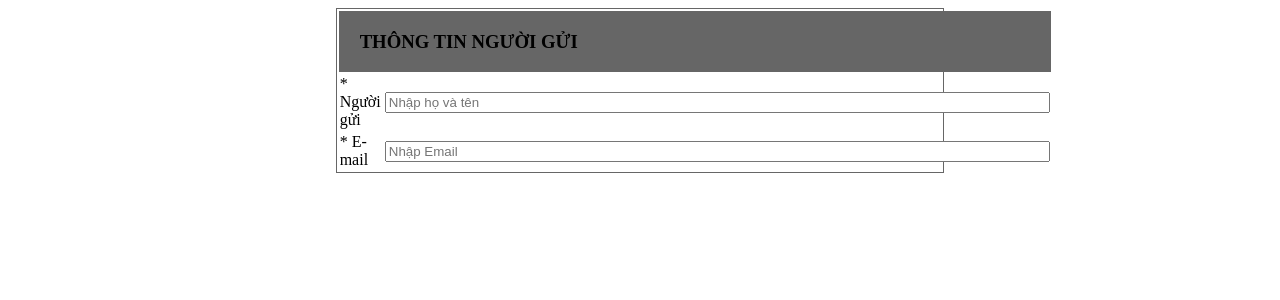
Repository: Tan-Khang21/TH_TKW--Buoi_04
Page: Bai_Tap_Mau/Bai_01/Bai_01.html
An editor plug-in stored every save of this project. The page is shown before and after the next save, followed by the edit.
The browser window is 1280 px wide. The pictures show the whole page.

Above is the page before, as saved 2024-03-05 20:09:53.

### Bai_Tap_Mau/Bai_01/Bai_01.html
<!DOCTYPE html>
<html lang="en">
  <head>
    <meta charset="UTF-8" />
    <meta name="viewport" content="width=device-width, initial-scale=1.0" />
    <title>Document</title>
  </head>
  <body>
    <form style="border: 1px solid #666; width: 48%; margin: 0 auto">
      <table style="margin: 0 auto; width: 100%">
        <tr bgcolor="#666">
          <td colspan="2">
            <h3 style="margin-left: 20px; ">THÔNG TIN NGƯỜI GỬI</h3>
          </td>
        </tr>
        <tr>
          <td>* Người gửi</td>
          <td align="right">
            <input type="text" placeholder="Nhập họ và tên" size="80" />
          </td>
        </tr>
        <tr>
          <td>* E-mail</td>
          <td align="right">
            <input type="text" placeholder="Nhập Email" size="80" />
          </td>
        </tr>
      </table>
    </form>
  </body>
</html>

After the next save:
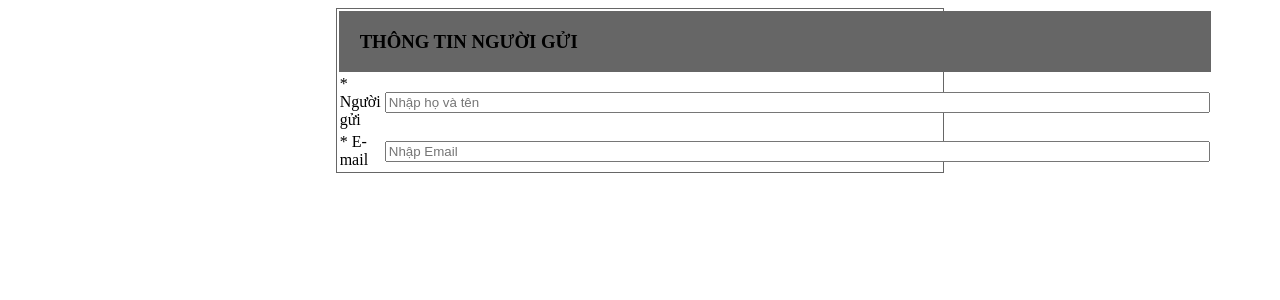
Saved 12 s later.
--- a/Bai_Tap_Mau/Bai_01/Bai_01.html
+++ b/Bai_Tap_Mau/Bai_01/Bai_01.html
@@ -16,13 +16,13 @@
         <tr>
           <td>* Người gửi</td>
           <td align="right">
-            <input type="text" placeholder="Nhập họ và tên" size="80" />
+            <input type="text" placeholder="Nhập họ và tên" size="100" />
           </td>
         </tr>
         <tr>
           <td>* E-mail</td>
           <td align="right">
-            <input type="text" placeholder="Nhập Email" size="80" />
+            <input type="text" placeholder="Nhập Email" size="100" />
           </td>
         </tr>
       </table>

After the save that followed:
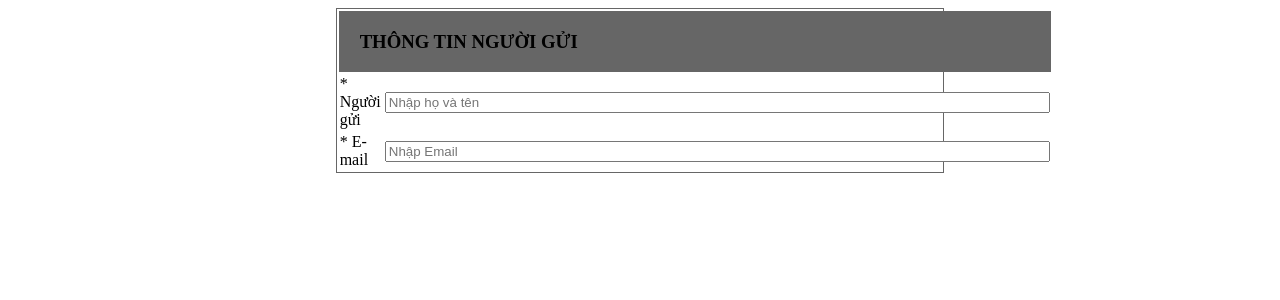
Saved 18 s later.
--- a/Bai_Tap_Mau/Bai_01/Bai_01.html
+++ b/Bai_Tap_Mau/Bai_01/Bai_01.html
@@ -16,13 +16,13 @@
         <tr>
           <td>* Người gửi</td>
           <td align="right">
-            <input type="text" placeholder="Nhập họ và tên" size="100" />
+            <input type="text" placeholder="Nhập họ và tên" size="80" />
           </td>
         </tr>
         <tr>
           <td>* E-mail</td>
           <td align="right">
-            <input type="text" placeholder="Nhập Email" size="100" />
+            <input type="text" placeholder="Nhập Email" size="80" />
           </td>
         </tr>
       </table>
